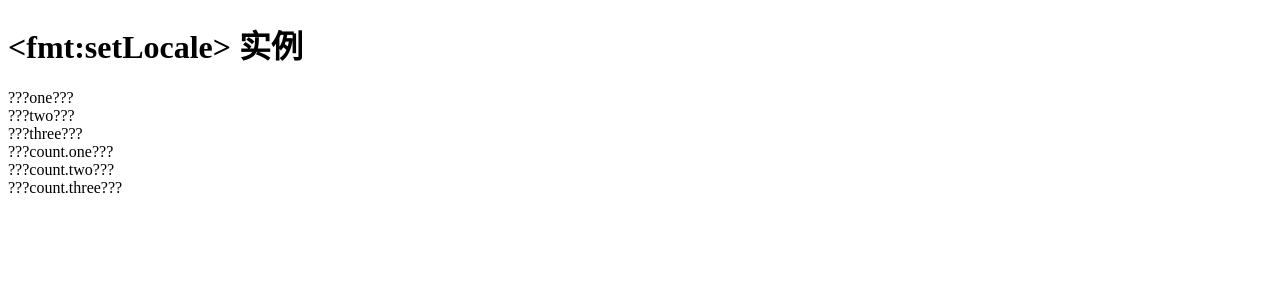
Repository: eterinfi/java
Page: http://localhost/JSPDemo/JSTLDemo/fmt/fmt_setLocale.jsp
An editor plug-in stored every save of this project. The page is shown before and after the next save, followed by the edit.
The browser window is 1280 px wide. The pictures show the whole page.
The page is served by Tomcat 9. Nobody is signed in. The application's start-up code is not run.

Above is the page before, as saved 2016-11-16 07:09:51.

After the next save:
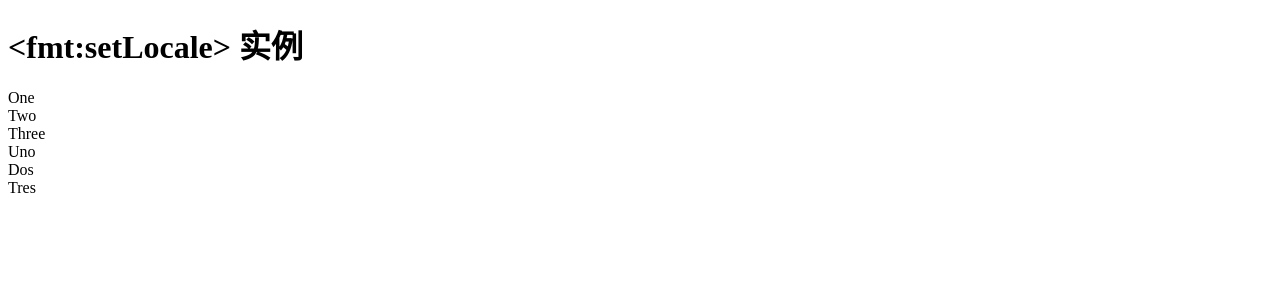
Saved 29 s later.
--- a/jee/JSPDemo/WebContent/JSTLDemo/fmt/fmt_setLocale.jsp
+++ b/jee/JSPDemo/WebContent/JSTLDemo/fmt/fmt_setLocale.jsp
@@ -9,14 +9,14 @@
 </head>
 <body>
   <h1>&lt;fmt:setLocale&gt; 实例</h1>
-  <fmt:bundle basename="JSTLDemo.fmt.Example" prefix="count.">
+  <fmt:bundle basename="jstl.demo.fmt.Example" prefix="count.">
     <fmt:message key="one" /><br />
     <fmt:message key="two" /><br />
     <fmt:message key="three" /><br />
   </fmt:bundle>
   <!-- 修改地区 -->
   <fmt:setLocale value="es_ES" />
-  <fmt:bundle basename="JSTLDemo.fmt.Example">
+  <fmt:bundle basename="jstl.demo.fmt.Example">
     <fmt:message key="count.one" /><br />
     <fmt:message key="count.two" /><br />
     <fmt:message key="count.three" /><br />
